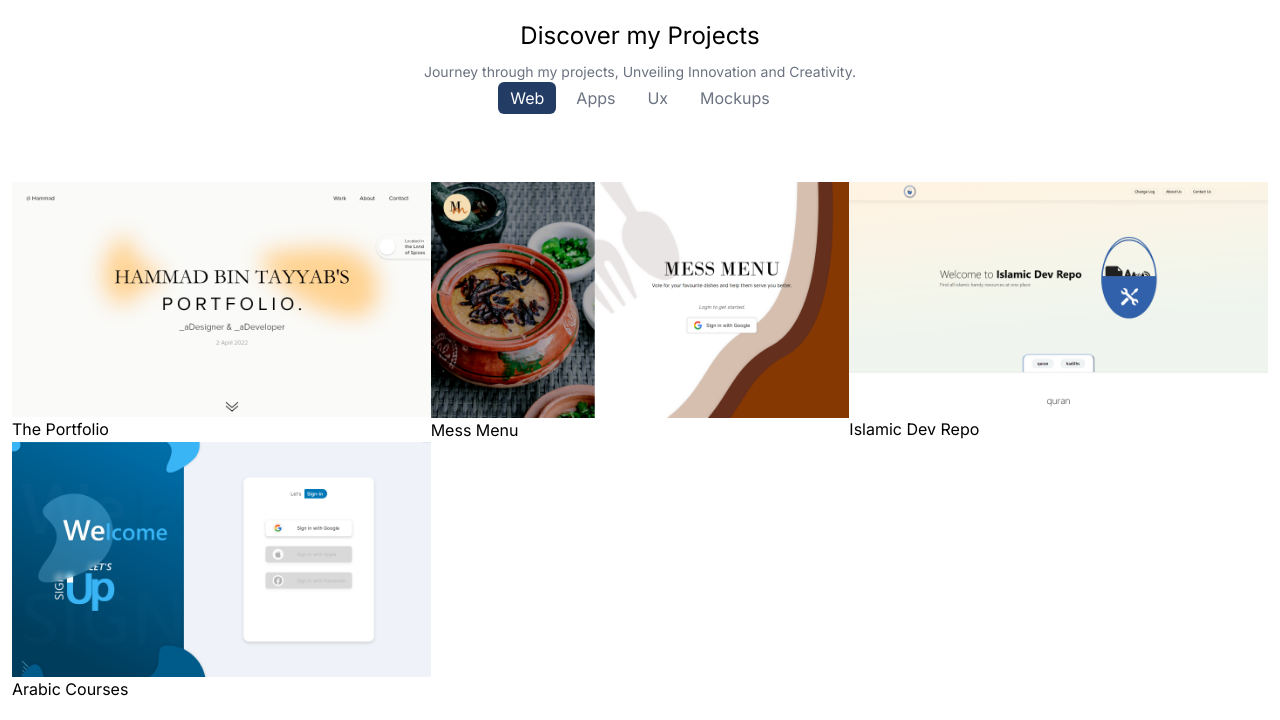
Repository: SpicierEwe/my_portfolio_v2
Page: /
These files come from the project's save history. The page is drawn as it stood at one moment and after the next save; the edit follows.
The browser window is 1280 px wide. The pictures show the whole page.
The project was rebuilt for these pictures with package versions that can differ from the ones it lists, and the page was loaded fresh each time. The framework's server and built-in components were replaced by stand-ins that run in the browser. Also part of the build but not shown: next.config.js, core/utils/customIcons.js, core/utils/utils.tsx, core/db/sub_db_data/ux_db.js.

Above is the page before, as saved 2024-04-22 10:58:49.

### app/page.tsx
import DevicePreview from "@/Components/Device_preview/device_preview";
import HeroSection from "@/Components/Hero_section/hero_section";
import WorkSection from "@/Components/Work_section/work_section";
import Image from "next/image";

export default function Home() {
  return (
    <main>
      {/* <div className="absolute z-30 overflow-hidden bottom-0 ">
        <DevicePreview  />
      </div> */}
      {/* <div className="overflow-hidden">
        <HeroSection />
      </div> */}

      <WorkSection />
    </main>
  );
}

### app/globals.css
@layer base {

  @font-face {
    font-family: 'Garamond';
    src: url('../public/fonts/EBGaramond-VariableFont_wght.ttf');

  }

  @font-face {
    font-family: 'Proxima Nova';
    src: url('../public/fonts/MarkSimonsonProximaNovaRegular.otf');
    font-weight: normal;
    font-style: normal;
  }


  @font-face {
    font-family: "Rage";
    src: url("../public/fonts/rage.ttf");
  }
}

@tailwind base;
@tailwind components;
@tailwind utilities;

:root {
  --foreground-rgb: 0, 0, 0;
  --background-start-rgb: 214, 219, 220;
  --background-end-rgb: 255, 255, 255;

}

@media (prefers-color-scheme: dark) {
  :root {
    --foreground-rgb: 255, 255, 255;
    --background-start-rgb: 0, 0, 0;
    --background-end-rgb: 0, 0, 0;
  }
}

body {

  /* background: #F5F5F5; */
}

### Components/Work_section/work_section.tsx
"use client";

import { db } from "../../core/db/db";
import Image from "next/image";
import Link from "next/link";
import { useState } from "react";

export default function WorkSection() {
  const navItems: string[] = Object.keys(db.portfolioItems);
  const [selectedNavItemIndex, setSelectedNavItemIndex] = useState<number>(0);
  return (
    <section className="">
      {/* header */}
      <header className="flex flex-col items-center pt-5">
        <h2 className="text-center text-2xl">Discover my Projects</h2>
        <p className="text-center text-sm mt-2.5 text-gray-500">
          Journey through my projects, Unveiling Innovation and Creativity.
        </p>
      </header>
      {/* nav */}
      <nav>
        <ul className="flex justify-center mt-6 gap-2 flex-wrap">
          {navItems.map((item, index) => {
            const isSelected: Boolean = selectedNavItemIndex == index;
            return (
              <li
                className={`${
                  isSelected ? "bg-brand-color" : ""
                } px-3 py-1 rounded-md cursor-pointer`}
                onClick={() => setSelectedNavItemIndex(index)}
                key={index}
              >
                <Link
                  href="#"
                  className={`${
                    isSelected ? "text-white" : "text-gray-500"
                  } capitalize`}
                >
                  {item}
                </Link>
              </li>
            );
          })}
        </ul>
      </nav>

      <main>
        {/* projects */}
        <div className="grid grid-cols-1 md:grid-cols-2 lg:grid-cols-3 gap-4 mt-14 px-3 py-3">
          {(db.portfolioItems as any)[navItems[selectedNavItemIndex]].map(
            (item: any, index: number) => {
              const projectName: string = item["projectName"];
              const imageLink: string = item["imageLink"];
              return (
                <div key={index}>
                  {
                    <Image
                      src={imageLink}
                      alt={projectName}
                      height={200}
                      width={200}
                      layout="responsive"
                    ></Image>
                  }
                  <p>{projectName}</p>
                </div>
              );
            }
          )}
        </div>
      </main>
    </section>
  );
}

### core/db/db.js
import { websitesDb } from "./sub_db_data/websites_db";
import { appsDb } from "./sub_db_data/apps_db";
import { uxDb } from "./sub_db_data/ux_db";
import { mockupsDb } from "./sub_db_data/mockups_db";

export const db = {
  portfolioItems: {
    web: websitesDb,
    apps: appsDb,
    ux: uxDb,
    mockups: mockupsDb,
  },
};

### core/db/sub_db_data/websites_db.js
import { embedCustomLinks } from "../../utils/utils";

export const websitesDb = [
  {
    projectName: "The Portfolio",
    projectId: "e2f9658b-f9bb-4d2c-ac8c-113a56d9204f",
    projectTagLine: "A Thoughtfully Curated Portfolio of Elegant Creations",
    link: "https://hammadtayyab.vercel.app/",
    imageLink: "/images/websites/my_portfolio.png",
    info: "This portfolio project showcases a minimalist design, highlighting my work and skills with clarity and finesse. The aim was to provide a seamless user experience and intuitive navigation, creating a comprehensive and sophisticated display of my professional journey.",
    roles: [
      "Data Analyst",
      "Designer",
      "Developer",
      "Maintainer",
      "Product Manager",
      "Tester/Quality Assurance",
      "Researcher",
      "DevOps Engineer",
      "Technical Writer",
      "Project Manager",
    ],
    techStack: [
      "NextJs",
      "React",
      "TypeScript",
      "TailwindCSS",
      "HTML",
      "CSS",
      "JavaScript",
      "Git",
      "Vercel",
    ],
  },
  {
    projectId: "566ec8d6-4d5d-4f22-9580-2c574f7122fb",
    projectName: "Mess Menu",
    projectTagLine: "Simplifying Hostel Dining with a Digital Menu System",
    link: "https://messmenu.vercel.app/",
    imageLink: "/images/websites/mess_menu.png",
    info: "This project streamlines the process of hostel dining by offering a digital menu system for students. Monthly menus are curated through community voting, allowing students to have a say in their dining options. Originating from a friend's final year project, the focus was on user-centric design and functionality, ensuring a seamless experience for all users.",
    roles: [
      "Data Analyst",
      "Designer",
      "Developer",
      "Maintainer",
      "Product Manager",
      "Tester/Quality Assurance",
      "Researcher",
      "DevOps Engineer",
      "Technical Writer",
      "Project Manager",
    ],
    techStack: [
      "NextJs",
      "React",
      "HTML",
      "CSS",
      "JavaScript",
      "Git",
      "Vercel",
      "Firebase",
      "Firebase Auth",
    ],
  },
  {
    projectId: "e3a52953-0a4d-43c3-b874-bd55925f6a7e",
    projectName: "Islamic Dev Repo",
    projectTagLine: "A Repository of Authentic Islamic Data for Developers",
    link: "https://islamic-dev-repo.vercel.app/",
    imageLink: "/images/websites/islamic_dev_repo.png",
    info: "This project offers developers a curated repository of reliable Islamic data that can be seamlessly integrated into various applications. With a focus on authenticity and compatibility across multiple devices, this repository provides a trustworthy source of information for developers working on Islamic-related projects.",
    roles: [
      "Data Analyst",
      "Designer",
      "Developer",
      "Maintainer",
      "Product Manager",
      "Tester/Quality Assurance",
      "Researcher",
      "DevOps Engineer",
      "Technical Writer",
      "Project Manager",
    ],
    techStack: [
      "NextJs",
      "React",
      "HTML",
      "CSS",
      "JavaScript",
      "Git",
      "Vercel",
      "Python",
    ],
  },
  {
    projectId: "87693335-b9d6-434c-8428-5d8266482050",
    projectName: "Arabic Courses",
    projectTagLine:
      "A Platform for Streaming the Best Madina Arabic Course Online",
    link: "https://arabiccourses.vercel.app/",
    imageLink: "/images/websites/arabic_courses.png",
    info: `The goal of this project was to establish an online platform for the popular Madina Arabic course, allowing users to stream videos from the cloud and track their progress. Initially, the videos were only available for download, but this platform offers a more convenient streaming experience. You can learn more about the course at ${embedCustomLinks(
      {
        link: "https://abdurrahman.org/arabic-learning/dvds/",
        title: "AbdurRahman.Org",
      }
    )}. Arabic Courses enhances accessibility and convenience for users, making the learning process smoother and more enjoyable.`,
    roles: [
      "Data Analyst",
      "Designer",
      "Developer",
      "Maintainer",
      "Product Manager",
      "Tester/Quality Assurance",
      "Researcher",
      "DevOps Engineer",
      "Technical Writer",
      "Project Manager",
    ],
    techStack: [
      "NextJs",
      "React",
      "HTML",
      "CSS",
      "JavaScript",
      "Git",
      "Vercel",
      "Firebase",
      "Firebase Auth",
    ],
  },
];

### core/db/sub_db_data/apps_db.js
import { embedCustomLinks } from "../../utils/utils";

export const appsDb = [
  {
    projectId: "38384ae3-5586-40be-b025-c9c3ad1094ef",
    projectName: "al Qur'an",
    projectTagLine: "All about the Qur'an in one app.",

    link: "https://play.google.com/store/apps/details?id=com.spicierewe.al_quran",

    imageLink: "/images/apps/al_quran.png",

    info: `The "al Qur'an" app offers a comprehensive experience of the Qur'an for users around the world. It includes a wide range of translations in various languages, tafseer (exegesis), access to over 49 reciters and translators, and much more. All data is sourced from the reliable platform ${embedCustomLinks(
      { link: "https://quran.com", title: "quran.com" }
    )}.`,

    roles: [
      "Data Analyst",
      "Designer",
      "Developer",
      "Maintainer",
      "Product Manager",
      "Tester/Quality Assurance",
      "Researcher",
      "DevOps Engineer",
      "Technical Writer",
      "Project Manager",
    ],

    techStack: ["Flutter", "Dart", "Git", "Adobe XD"],

    platforms: ["Android"],
  },
  {
    projectId: "1eeb435f-acbd-41e8-b826-440959bb6a57",
    projectName: "Riddle Me",
    projectTagLine: "Riddle Me: Unraveling Minds, One Clue at a Time!",

    link: "https://play.google.com/store/apps/details?id=com.spicierewe.RiddleMe",

    imageLink: "/images/apps/riddle_me.png",

    info: "Riddle Me is an engaging and challenging game designed to test your intelligence and problem-solving skills. This game stimulates creative thinking and encourages you to approach problems from different perspectives.",

    roles: [
      "Data Analyst",
      "Designer",
      "Developer",
      "Maintainer",
      "Product Manager",
      "Tester/Quality Assurance",
      "Researcher",
      "DevOps Engineer",
      "Technical Writer",
      "Project Manager",
    ],

    techStack: ["Flutter", "Dart", "Git", "Adobe XD"],

    platforms: ["Android"],
  },
  {
    projectId: "2ae7005c-16e2-4fe5-b7b0-20f5f826321e",
    projectName: "Food Deals",
    projectTagLine: "Find the best food deals at your fingertips.",

    link: "https://play.google.com/store/apps/details?id=com.spicierewe.food_deals",

    imageLink: "/images/apps/food_deals.png",

    info: "Food Deals is an app that helps users discover the best offers and discounts on their favorite food delivery services. Save money and enjoy your favorite meals by comparing prices across different platforms.",

    roles: [
      "Data Analyst",
      "Designer",
      "Developer",
      "Maintainer",
      "Product Manager",
      "Tester/Quality Assurance",
      "Researcher",
      "DevOps Engineer",
      "Technical Writer",
      "Project Manager",
    ],

    techStack: ["Flutter", "Dart", "Git", "Adobe XD"],

    platforms: ["Android"],
  },
  {
    projectId: "627de94f-59b4-4f85-bcf4-df6fbf22714e",
    projectName: "Hadith Collection",
    projectTagLine: "Access authentic hadiths of the Prophet Muhammad (pbuh).",

    link: "https://play.google.com/store/apps/details?id=com.spicierewe.ahadith_collection",

    imageLink: "/images/apps/ahadith_collection.png",

    info: `The "Hadith Collection" app provides a comprehensive and authentic collection of hadiths of the Prophet Muhammad (pbuh). It includes data from various reputable sources such as ${embedCustomLinks(
      { link: "https://sunnah.com", title: "sunnah.com" }
    )} for Arabic and English, and ${embedCustomLinks({
      link: "https://github.com/pakjiddat/islam-companion-web-api",
      title: "islam-companion-web-api",
    })} for Urdu data.`,

    roles: [
      "Data Analyst",
      "Designer",
      "Developer",
      "Maintainer",
      "Product Manager",
      "Tester/Quality Assurance",
      "Researcher",
      "DevOps Engineer",
      "Technical Writer",
      "Project Manager",
    ],

    techStack: ["Flutter", "Dart", "Git", "Adobe XD"],

    platforms: ["Android"],
  },
  {
    projectId: "7468bdef-5b24-454e-ae99-dd0a558441d7",
    projectName: "Study Practice",
    projectTagLine: "Practice makes perfect.",

    link: "https://play.google.com/store/apps/details?id=com.spicierewe.study_practice",

    imageLink: "/images/apps/study_practice.png",

    info: "Study Practice is a study companion app designed to help students prepare for competitive exams such as NEET and JEE. The app offers past exam questions, mock tests, and real-time progress tracking along with official study material.",

    roles: [
      "Data Analyst",
      "Designer",
      "Developer",
      "Maintainer",
      "Product Manager",
      "Tester/Quality Assurance",
      "Researcher",
      "DevOps Engineer",
      "Technical Writer",
      "Project Manager",
    ],

    techStack: ["Flutter", "Dart", "Git", "Adobe XD"],

    platforms: ["Android"],
  },
];

### core/db/sub_db_data/mockups_db.js
export const mockupsDb = [
  {
    phone_mockup_links: [],
    other_mockup_links: [
      "/images/mockups/eat_healthy_mockup.svg",
      "/images/mockups/bot_mockup_theme_light.svg",
      "/images/mockups/bot_mockup_theme_dark.svg",
      "/images/mockups/the_perfume_lab_price_list.png",
      "/images/mockups/noraty_business_hero_section.svg",
      "/images/mockups/gr_showcase.png",
      "/images/mockups/just_moved_showcase.png",
      "/images/mockups/archer_product_design.png",
      "/images/mockups/the_connection_poster.png",
      "/images/mockups/social_flow_flyer.png",
      "/images/mockups/LVD_roll_up_banner.png",
      "/images/mockups/ATS_flyer.png",
    ],
  },
];

### tailwind.config.js
const { reverse } = require("dns");
const defaultTheme = require("tailwindcss/defaultTheme");

/** @type {import('tailwindcss').Config} */
module.exports = {
  content: [
    "./pages/**/*.{js,ts,jsx,tsx,mdx}",
    "./components/**/*.{js,ts,jsx,tsx,mdx}",
    "./app/**/*.{js,ts,jsx,tsx,mdx}",
    "./core/**/*.{js,ts,jsx,tsx,mdx}",
  ],
  theme: {
    extend: {
      screens: { xs: { max: "640px" } },

      maxWidth: {
        "120rem": "120rem",
      },

      backgroundImage: {
        "gradient-radial": "radial-gradient(var(--tw-gradient-stops))",
        "gradient-conic":
          "conic-gradient(from 180deg at 50% 50%, var(--tw-gradient-stops))",
      },

      colors: {
        "brand-color": "#223c63",
        "primary-color": "#ffffff",
        "secondary-color": "#00A699",
        "accent-color": "#779ace",
      },

      keyframes: {
        wiggle: {
          "0%, 100%": { transform: "rotate(-3deg)" },
          "50%": { transform: "rotate(3deg)" },
        },

        levitate: {
          "0%": { transform: "translateY(50px)" },
          "50%": { transform: "translateY(-30px)  scale(1.1)" },
          "100%": { transform: "translateY(50px)" },
        },
        levitate_reverse: {
          "0%": { transform: "translateY(-90px)" },
          "50%": { transform: "translateY(30px)  scale(1.1)" },
          "100%": { transform: "translateY(-90px)" },
        },
      },

      animation: {
        "spin-slow": "spin 3s linear infinite",
        wiggle: "wiggle 1s ease-in-out infinite",
        levitate: "levitate 5s ease-in-out infinite",
        levitate_reverse: "levitate_reverse 5s ease-in-out infinite reverse",
      },

      fontFamily: {
        garmond: ["Garmond", ...defaultTheme.fontFamily.serif],
        custom_sans: ["Proxima Nova", ...defaultTheme.fontFamily.sans],
      },

      height: {
        dvh: "100dvh",
      },
    },
  },

  variants: {
    backgroundColor: ["responsive", "hover", "focus", "active"],
  },

  plugins: [],
};

Loaded but not shown: app/layout.tsx (common file)

After the next save:
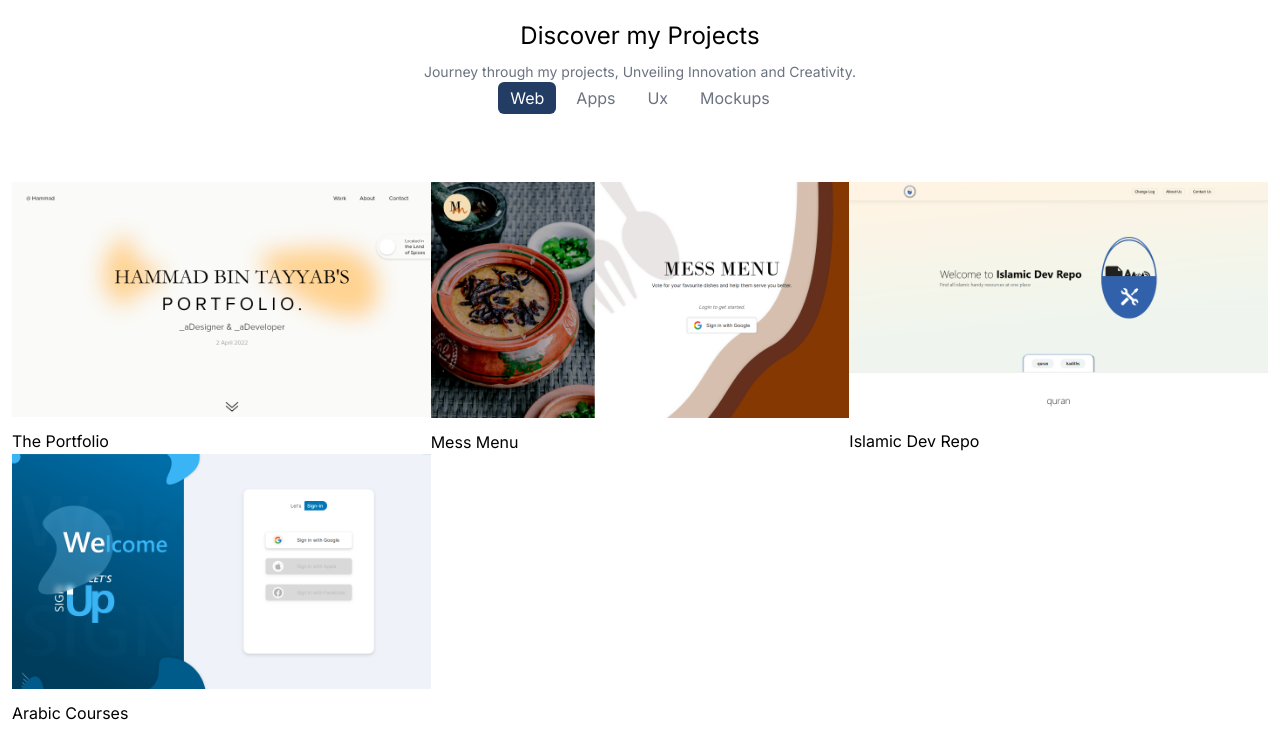
Saved 5 min 27 s later.
--- a/Components/Work_section/work_section.tsx
+++ b/Components/Work_section/work_section.tsx
@@ -62,7 +62,7 @@ export default function WorkSection() {
                       layout="responsive"
                     ></Image>
                   }
-                  <p>{projectName}</p>
+                  <p className="mt-3">{projectName}</p>
                 </div>
               );
             }
